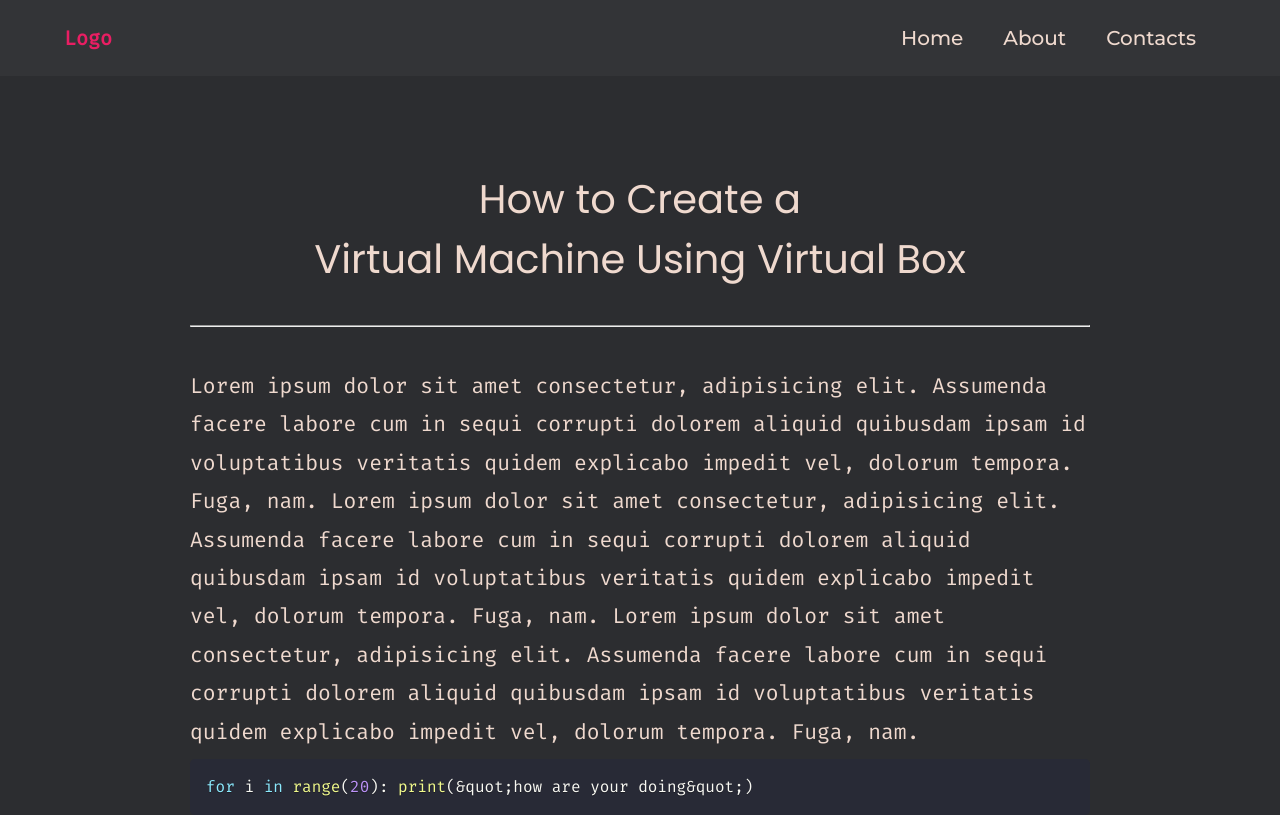
Repository: BuddyBob/thavasantonio
Page: /#/virtual-machine
These files come from the project's save history. The page is drawn as it stood at one moment and after the next save; the edit follows.
The browser window is 1280 px wide. The pictures show the whole page.
The project was rebuilt for these pictures with package versions that can differ from the ones it lists, and the page was loaded fresh each time. A package was used in the major version that the imports need, not the one package.json lists. Also part of the build but not shown: src/components/Card.js, src/Home.js.

Above is the page before, as saved 2021-08-20 15:22:55.

### public/index.html
<!DOCTYPE html>
<html lang="en">
  <head>
    <meta charset="utf-8" />
    <link rel="icon" href="%PUBLIC_URL%/favicon.ico" />
    <meta name="viewport" content="width=device-width, initial-scale=1" />
    <meta name="theme-color" content="#000000" />
    <link rel="preconnect" href="https://fonts.googleapis.com">
    <link rel="preconnect" href="https://fonts.gstatic.com" crossorigin>
    <meta
      name="description"
      content="Web site created using create-react-app"
    />
    <!-- google fonts -->
    <link href="https://fonts.googleapis.com/css2?family=Fira+Mono&display=swap" rel="stylesheet">

    <!-- code highligter -->

    <link rel="apple-touch-icon" href="%PUBLIC_URL%/logo192.png" />
    <link rel="manifest" href="%PUBLIC_URL%/manifest.json" />
    <title>thavasantonio</title>
  </head>
  <body>
    <noscript>You need to enable JavaScript to run this app.</noscript>
    <div id="root"></div>
  </body>
</html>

### src/index.css
:root {
  --background-color: #2c2d30;
  --text-color: #EFD9CE;
  --highlight-color: #e91e63;
  --white: white;
}

* {
  margin: 0;
  padding: 0;
  font-family: "Fira Mono","Poppins", sans-serif;
}

body {
  justify-content: center;
  align-items: center;
  background: var(--background-color);
}
.post-title{
  font-family: "Poppins", "Fira Mono", sans-serif;
  color:var(--text-color);
  font-size:2.5em;
  margin-top:7%;
  margin-bottom:4%;

}

p{
  font-family: "Fira Mono", "Poppins", sans-serif;
  font-size:16pt;
  color: var(--text-color);
  line-height:180%;
  margin-top:40px;
}

/*
.########.....###....##....##.##....##.########.########.
.##.....##...##.##...###...##.###...##.##.......##.....##
.##.....##..##...##..####..##.####..##.##.......##.....##
.########..##.....##.##.##.##.##.##.##.######...########.
.##.....##.#########.##..####.##..####.##.......##...##..
.##.....##.##.....##.##...###.##...###.##.......##....##.
.########..##.....##.##....##.##....##.########.##.....##
*/
.img-container {
  position: relative;
  height:100%;
  margin-bottom:100px;
  margin-top:50px;
}

.inner-container {
  text-align: center;
  position: relative;
  width: 100%;
  color: var(--white);

}

h1 {
  font-size: 4em;
}

h2 {
  margin-top:20px;
  font-size: 1.7em;
  text-align: center;
  font-weight: 400;
}

@media screen and (max-width:1260px){
  h1{
    font-size: 3em;
  }
  h2{
    font-size: 1.4em;
  }
}
@media only screen and (max-width:920px){
  .inner-container{
    margin-top: 100px;
  }
}

@media only screen and (max-width:540px){
  .inner-container{
    margin-top:150px;
  }
  h1{
    font-size: 2.5em;
  }
  h2{
    font-size: 1.4em;
  }
}

### src/components/Card.css
@import url("https://fonts.googleapis.com/css2?family=Poppins:wght@300;400;500;700;800&display=swap");

body .card-container {
  display: flex;
  justify-content: center;
  align-items: center;
  flex-wrap: wrap;
  margin: 40px 0;
  background-color:yellow
}

body .card-container .card {
  background-color:green;
  position: relative;
  min-width: 340px;
  height: 400px;
  border-radius: 15px;
  margin: 40px;
  transition: 0.5s;
  bottom:50px;
}



body .card-container .card .box {
  position: absolute;
  top: 20px;
  left: 0px;
  right: 0px;
  bottom: 20px;
  border-radius: 20px;
  display: flex;
  justify-content: center;
  align-items: center;
  overflow: hidden;
  transition: 0.2s;
  background: rgba(255, 255, 255, 0.03);
}

body .card-container .card .box:hover {
  transform: translateY(-20px);
}

body .card-container .card .box:before {
  content: "";
  position: absolute;
  top: 0;
  left: 0;
  width: 50%;
  height: 100%;
  background: rgba(255, 255, 255, 0.03);
}

body .card-container .card .box .content {
  padding: 20px;
  text-align: center;
}


body .card-container .card .box .content h3 {
  font-size: 2rem;
  color: var(--text-color);
  z-index: 1;
  transition: 0.5s;
  margin-bottom: 15px;
}

body .card-container .card .box .content p {
  font-size: 1rem;
  font-weight: 300;
  color: var(--text-color);
  z-index: 1;
  transition: 0.5s;
}

.card-button {
  position: relative;
  display: inline-block;
  padding: 8px 20px;
  background-color: #e91e63;
  border-radius: 5px;
  text-decoration: none;
  color: white;
  margin-top: 20px;
  box-shadow: 0 10px 20px rgba(0, 0, 0, 0.2);
  transition: 0.5s;
}
.card-button:hover {
  box-shadow: 0 10px 20px rgba(0, 0, 0, 0.6);
  background: var(--text-color);
  color: #000;
}

### src/components/NavBar.css
@import url('https://fonts.googleapis.com/css2?family=Montserrat:wght@500&display=swap');w

li, a{
    font-family: "Montserrat", sans-serif;
    color:var(--text-color);
    font-size: 20px;
    text-decoration:none;
}
header {
    display:flex;
    justify-content:flex-end;
    align-items:center;
    padding:26px 5%;
    background-color:rgba(255, 255, 255, 0.03)
}

.logo{
    cursor:pointer;
    margin-right:auto;
    font-size: 20px;
    color:var(--highlight-color)
}

.nav_links{
    list-style:none;
}

.nav_links li{
    display:inline-block;
    padding:0px 20px;
}

.nav_links li a{
    transition: all 0.3s ease 0s;
}

.nav_links li a:hover{
    color:var(--highlight-color)
}

### src/components/Pages/Virtual-Machine/VM.js
import React from 'react'
import NavBar from '../../NavBar'
import CodeBlock from '../../CodeBlock'
import './VM.css'
export default function VM() {
    return (
        <div>
            <NavBar/>
            <div className="post-container">
                <div className="post-inner">
                    <div className="content">
                        <h2 className="post-title">How to Create a<br/> Virtual Machine Using Virtual Box</h2>
                        <hr/>
                        <p>
                            Lorem ipsum dolor sit amet consectetur, adipisicing elit. Assumenda facere labore cum in sequi corrupti dolorem aliquid quibusdam ipsam id voluptatibus veritatis quidem explicabo impedit vel, dolorum tempora. Fuga, nam.
                            Lorem ipsum dolor sit amet consectetur, adipisicing elit. Assumenda facere labore cum in sequi corrupti dolorem aliquid quibusdam ipsam id voluptatibus veritatis quidem explicabo impedit vel, dolorum tempora. Fuga, nam.
                            Lorem ipsum dolor sit amet consectetur, adipisicing elit. Assumenda facere labore cum in sequi corrupti dolorem aliquid quibusdam ipsam id voluptatibus veritatis quidem explicabo impedit vel, dolorum tempora. Fuga, nam.
                        </p>
                        <CodeBlock language="javascript" codeString={"for i in range(20): print(&quot;how are your doing&quot;)"}/>
                    </div>
                </div>
            </div>
        </div>
    )
}

### src/components/NavBar.js
import React from 'react'
import { Link } from 'react-router-dom'
export default function NavBar() {
    return (
        <div>
            <header>
                <h4 className="logo">Logo</h4>
                <nav>
                    <ul className="nav_links">
                        <li><Link to="/">Home</Link></li>
                        <li><Link to="/about">About</Link></li>
                        <li><Link to="/contacts">Contacts</Link></li>
                    </ul>
                </nav>
            </header>
        </div>
    )
}

### src/components/CodeBlock.js
import React from 'react'
import { Prism as SyntaxHighlighter } from 'react-syntax-highlighter';
import  { dracula } from 'react-syntax-highlighter/dist/esm/styles/prism';
export default function CodeBlock(props) {
    return (
        <div>
            <SyntaxHighlighter language={props.language} style={ dracula }>
                {props.codeString}
            </SyntaxHighlighter>
        </div>
    )
}

### src/components/Pages/Virtual-Machine/VM.css
body .post-container {
    display: flex;
    justify-content: center;
    align-items: center;
    flex-wrap: wrap;
    margin: 40px 0;
}

body .post-container .post-inner {
    position: relative;
    max-width: 900px;
    height: 400px;
    border-radius: 15px;
    margin: 40px;
    transition: 0.5s;
    bottom:50px;
}

body .post-container .post-inner .content{
}

Loaded but not shown: src/index.js (common file); src/App.js (common file)

After the next save:
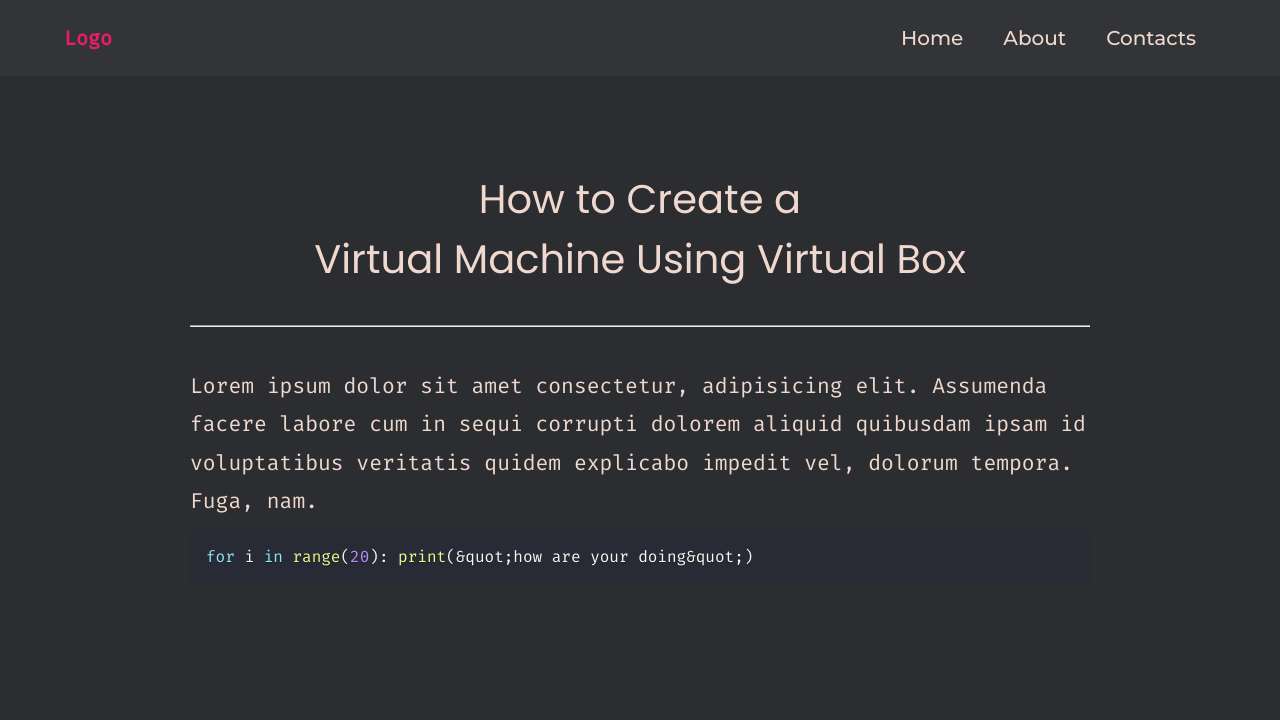
Saved 11 s later.
--- a/src/components/Pages/Virtual-Machine/VM.js
+++ b/src/components/Pages/Virtual-Machine/VM.js
@@ -13,8 +13,6 @@ export default function VM() {
                         <hr/>
                         <p>
                             Lorem ipsum dolor sit amet consectetur, adipisicing elit. Assumenda facere labore cum in sequi corrupti dolorem aliquid quibusdam ipsam id voluptatibus veritatis quidem explicabo impedit vel, dolorum tempora. Fuga, nam.
-                            Lorem ipsum dolor sit amet consectetur, adipisicing elit. Assumenda facere labore cum in sequi corrupti dolorem aliquid quibusdam ipsam id voluptatibus veritatis quidem explicabo impedit vel, dolorum tempora. Fuga, nam.
-                            Lorem ipsum dolor sit amet consectetur, adipisicing elit. Assumenda facere labore cum in sequi corrupti dolorem aliquid quibusdam ipsam id voluptatibus veritatis quidem explicabo impedit vel, dolorum tempora. Fuga, nam.
                         </p>
                         <CodeBlock language="javascript" codeString={"for i in range(20): print(&quot;how are your doing&quot;)"}/>
                     </div>
